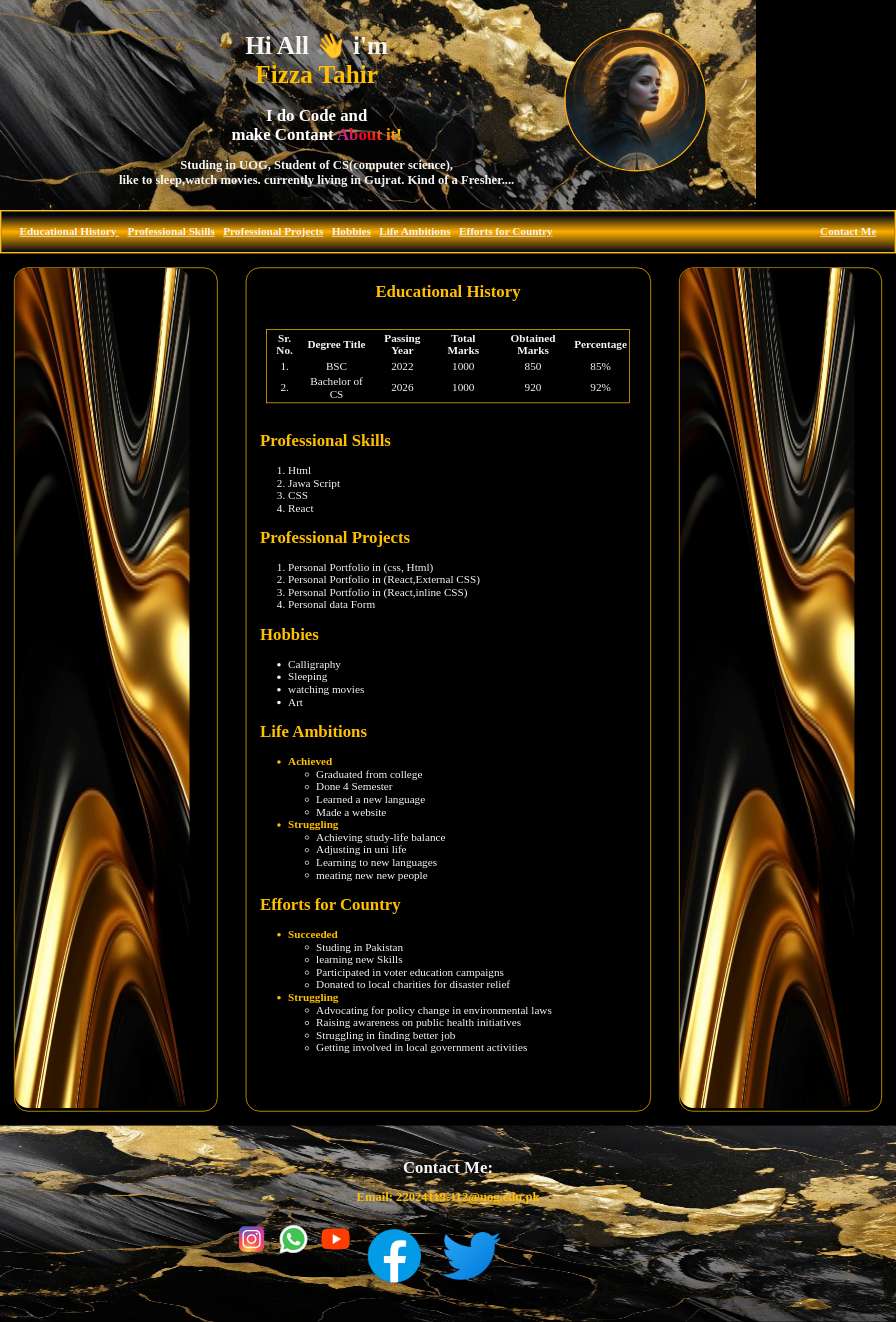
Repository: Fizza-112/project
Page: /
These files come from the project's save history. The page is drawn as it stood at one moment and after a run of saves; the edit follows.
The browser window is 1280 px wide. The pictures show the whole page, at 70% of full size.
The project was rebuilt for these pictures with package versions that can differ from the ones it lists, and the page was loaded fresh each time. Also part of the build but not shown: vite.config.ts.

Above is the page before, as saved 2024-09-20 13:54:09.

After the next 6 saves:
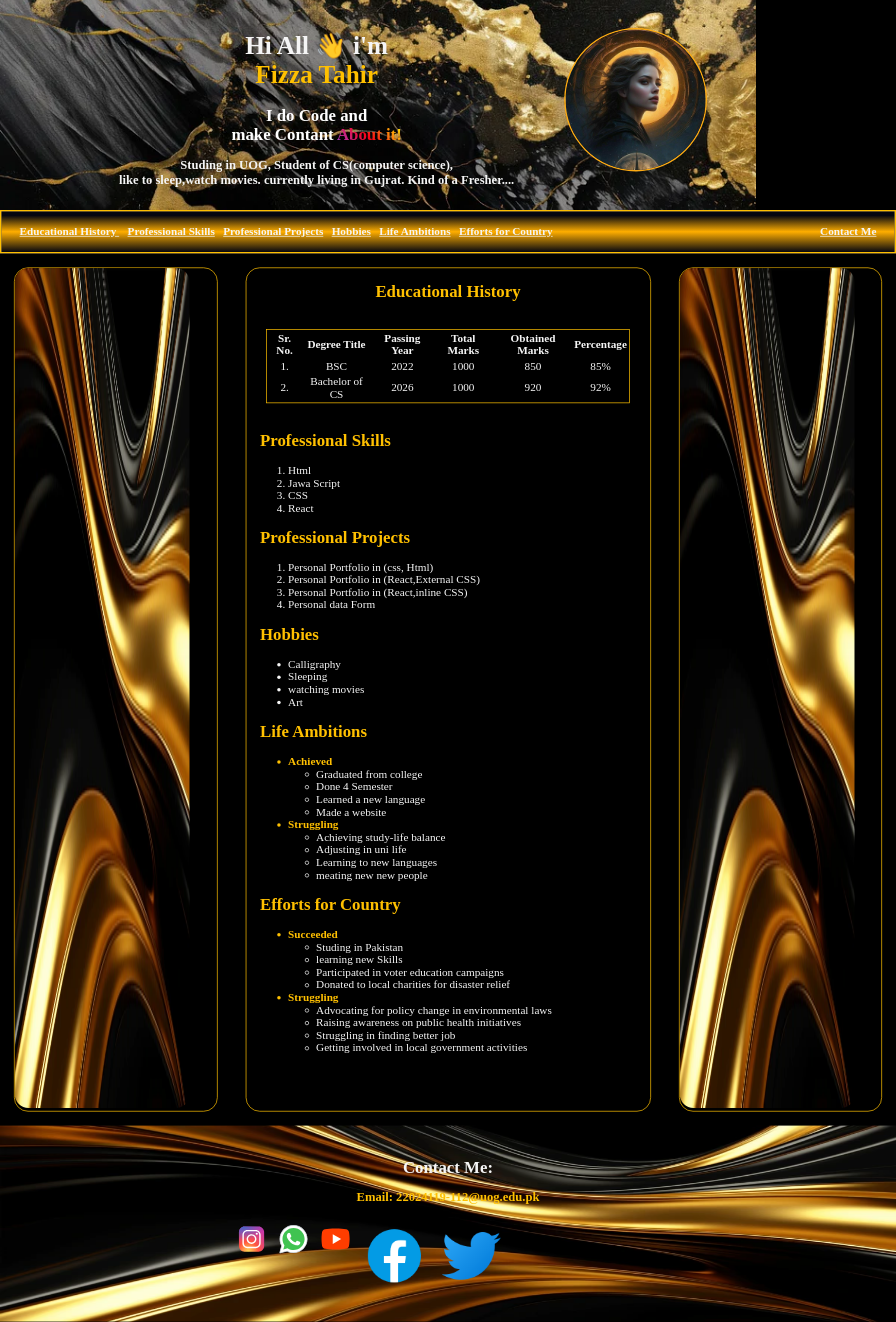
The 6 saves are shown as one change because they came seconds apart.
The last was saved 41 s later.
--- a/src/App.tsx
+++ b/src/App.tsx
@@ -180,7 +180,7 @@ const App = () => {
       {/* Base image for footer */}
       <img
        className="footer-image"
-       src={marbelimg}
+       src={contantimg}
       alt="Profile"
       />
 
